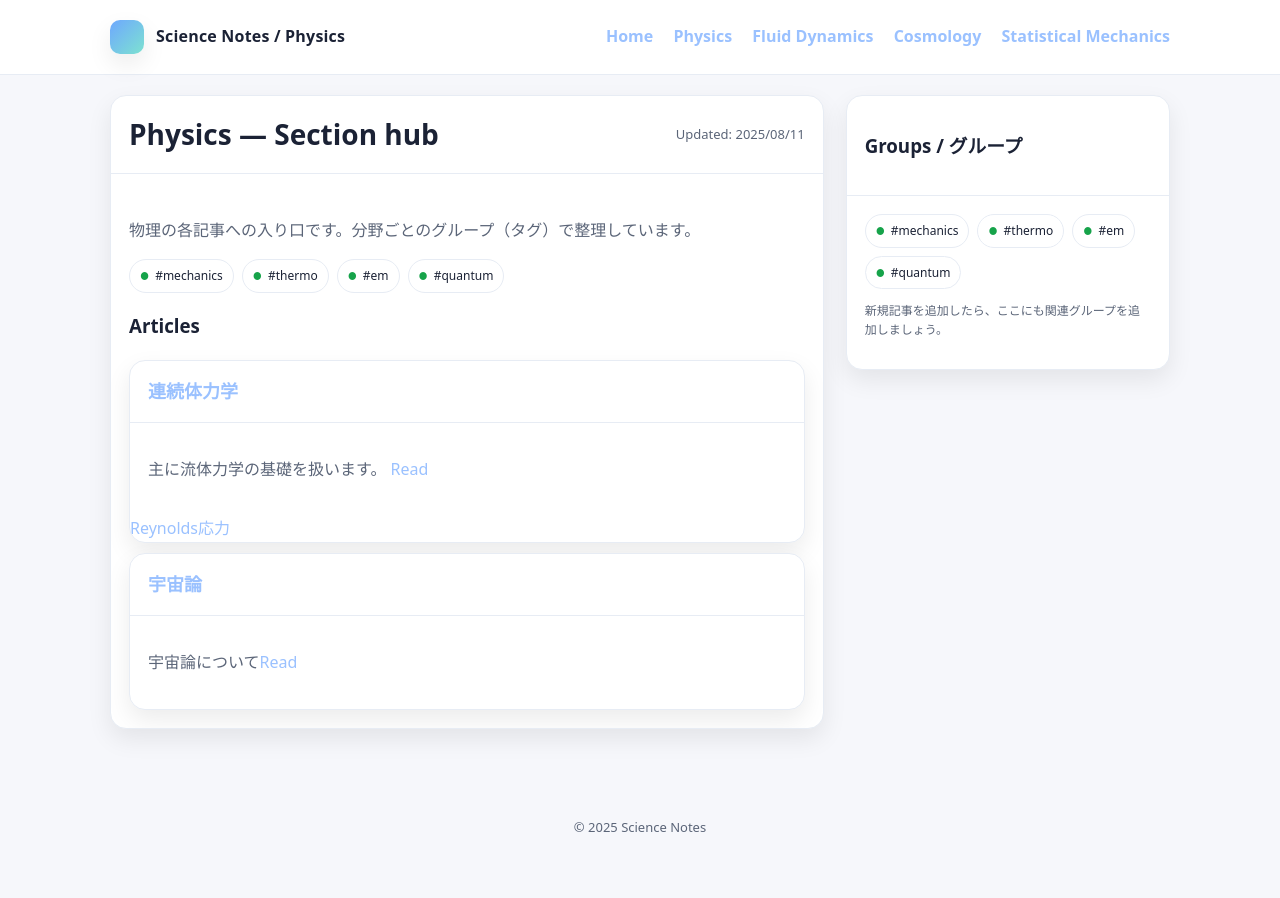
Repository: Riki-Mochimaru/tureduretunedune
Page: physics/index.html
An editor plug-in stored every save of this project. The page is shown before and after a run of saves, followed by the edit.
The browser window is 1280 px wide. The pictures show the whole page.

Above is the page before, as saved 2025-08-11 23:59:51.

After the next 3 saves:
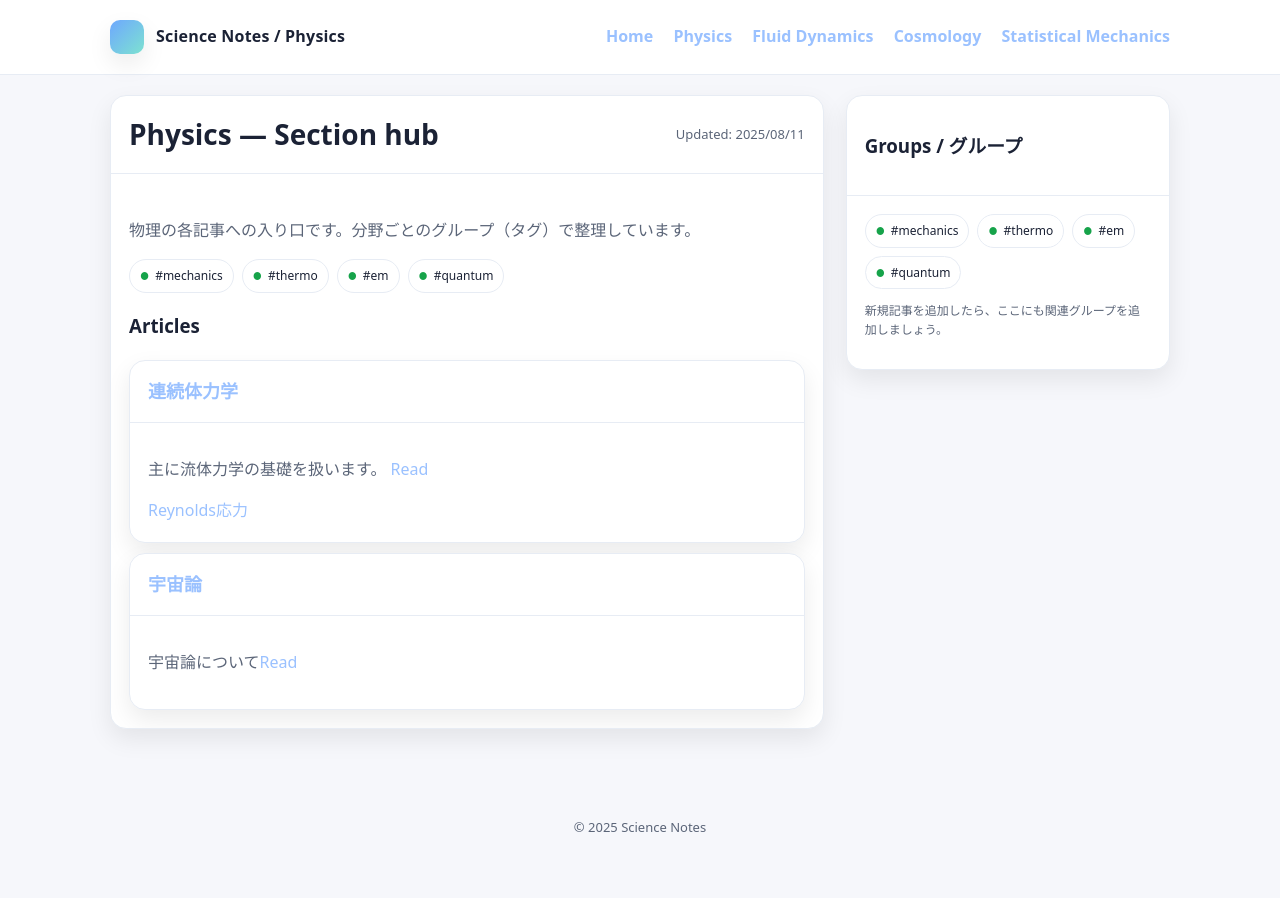
The 3 saves are shown as one change because they came seconds apart.
The last was saved 44 s later.
--- a/physics/index.html
+++ b/physics/index.html
@@ -55,10 +55,11 @@
                   <p class="lead">主に流体力学の基礎を扱います。
                     <a href="FluidDynamics/">Read</a></p>
                   <!-- <div class="tags"><span class="tag" data-g="phys">#thermo</span><span class="tag" data-g="stats">#statmech</span></div> -->
-                </div>
-                <div>
+                  <div>
                     <a href="FluidDynamics/ReynoldsTensil.html">Reynolds応力</a>
                 </div>
+                </div>
+
               </article>
 
               <article class="card">
